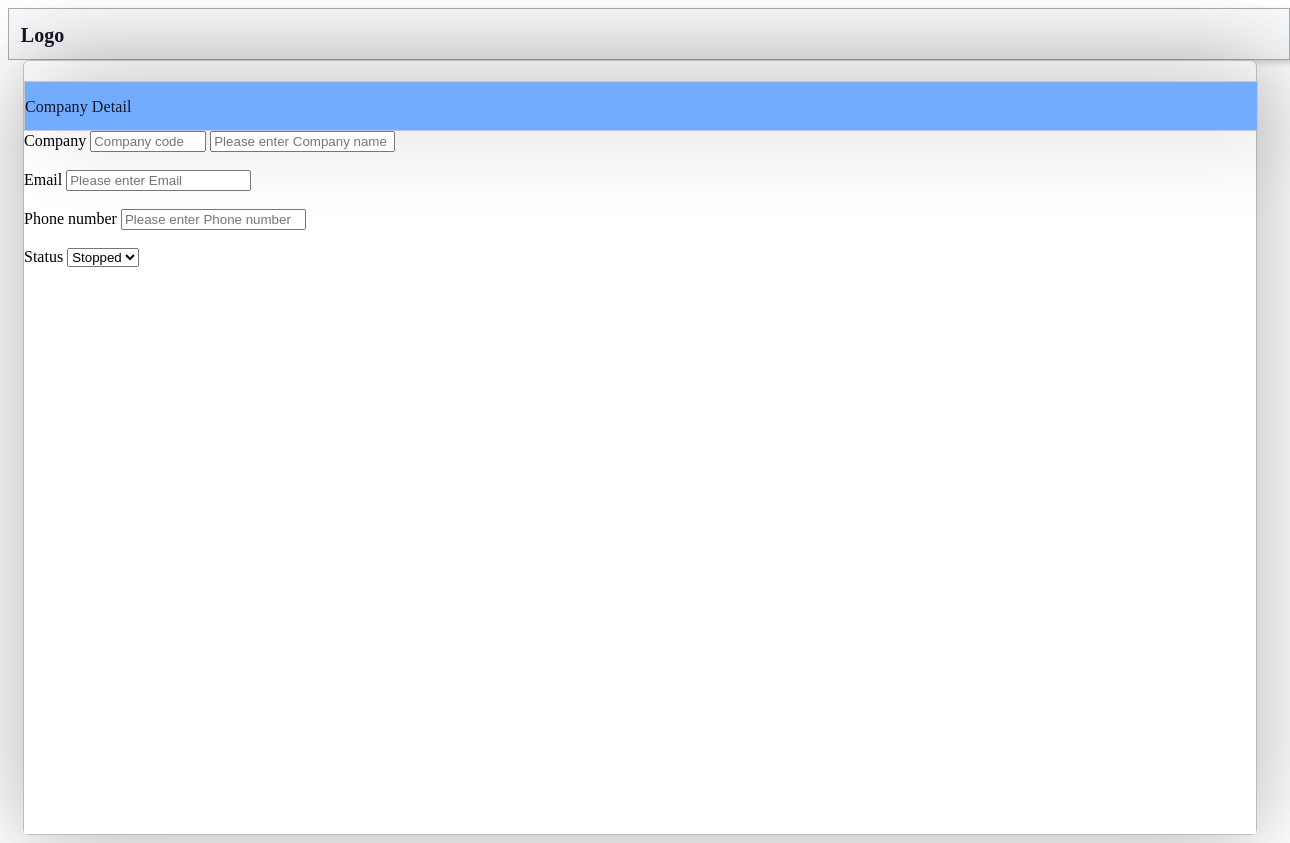
Repository: Zain1409/company
Page: client/html/CompanyDetail.html
An editor plug-in stored every save of this project. The page is shown before and after the next save, followed by the edit.
The browser window is 1280 px wide. The page is 1290 px wide, so the pictures cover 1290 px, including what lies to the right of the window. The pictures show the whole page.

Above is the page before, as saved 2021-04-04 16:35:11.

### client/html/CompanyDetail.html
<!DOCTYPE html>
<html lang="en">
<head>
    <meta charset="UTF-8">
    <meta http-equiv="X-UA-Compatible" content="IE=edge">
    <meta name="viewport" content="width=device-width, initial-scale=1.0">
    <link rel="stylesheet" href="./../css/CompanyDetail.css">
    <title>Company Detail</title>
</head>
<body>
    <div class="header">
        <p>Logo</p>
    </div>
    <div class="container">
        <div id="content">
            <div id="head">
                <p>Company Detail</p>
            </div>
            <form id="form">
                <label id="properties">Company</label> <input id="code" type="text" placeholder="Company code" style="width: 108px;"> <input id="name" type="text" placeholder="Please enter Company name">
                <br>
                <br>
                <label id="properties">Email</label> <input id="email" type="text" placeholder="Please enter Email" >
                <br>
                <br>
                <label id="properties">Phone number</label> <input id="phone_number" type="text" placeholder="Please enter Phone number" >
                <br>
                <br>
                <label id="properties">Status</label> <select name="" id="form_select">
                    <option value="stopped">Stopped</option>
                    <option value="working">Working</option>
                    <option value="pending">Pending</option>
                    </select>
                </select>
            </form>
        </div>
    </div>
</body>
</html>

### client/css/CompanyDetail.css
.header{
    width: 1280px;
    height: 50px;
    background: #F6F8F9 0% 0% no-repeat padding-box;
    box-shadow: 30px 3px 6px #00000029;
    border: 0.5px solid #ACABAB;
    opacity: 1;
    margin: auto;

}
.header p{
    width: 67px;
    height: 39px;
    text-align: left;
    font-weight: bold;
    font-size: 20px;
    color: #131523;
    opacity: 1;
    text-align: center;
    padding-top: 15px;
    margin: 0;
}
.container{
    width: 1232px;
    height: 624px;
    background: #FFFFFF 0% 0% no-repeat padding-box;
    box-shadow: 0px 3px 90px #00000029;
    border: 0.5px solid #C8C8C8;
    border-radius: 6px;
    opacity: 1;
    padding-top: 20px;
    margin: auto;
}
.container{
    margin: auto;
    width: 1232px;
    height: auto;
    padding-top: 20px;
}

#content{
    clear: both;
    width: 1232px;
    height: 753px;
    background: #FFFFFF 0% 0% no-repeat padding-box;
    box-shadow: 0px 3px 90px #00000029;
    opacity: 1;
}
#head{
    width: 1232px;
    height: 48px;
    background: #72ACFF 0% 0% no-repeat padding-box;
    box-shadow: 30px 3px 90px #00000029;
    border: 0.5px solid #C8C8C8;
    opacity: 1;
}
#head p{
    text-align: left;
    font: normal normal medium 20px/30px Poppins;
    letter-spacing: 0.08px;
    color: #131523;
    opacit

After the next save:
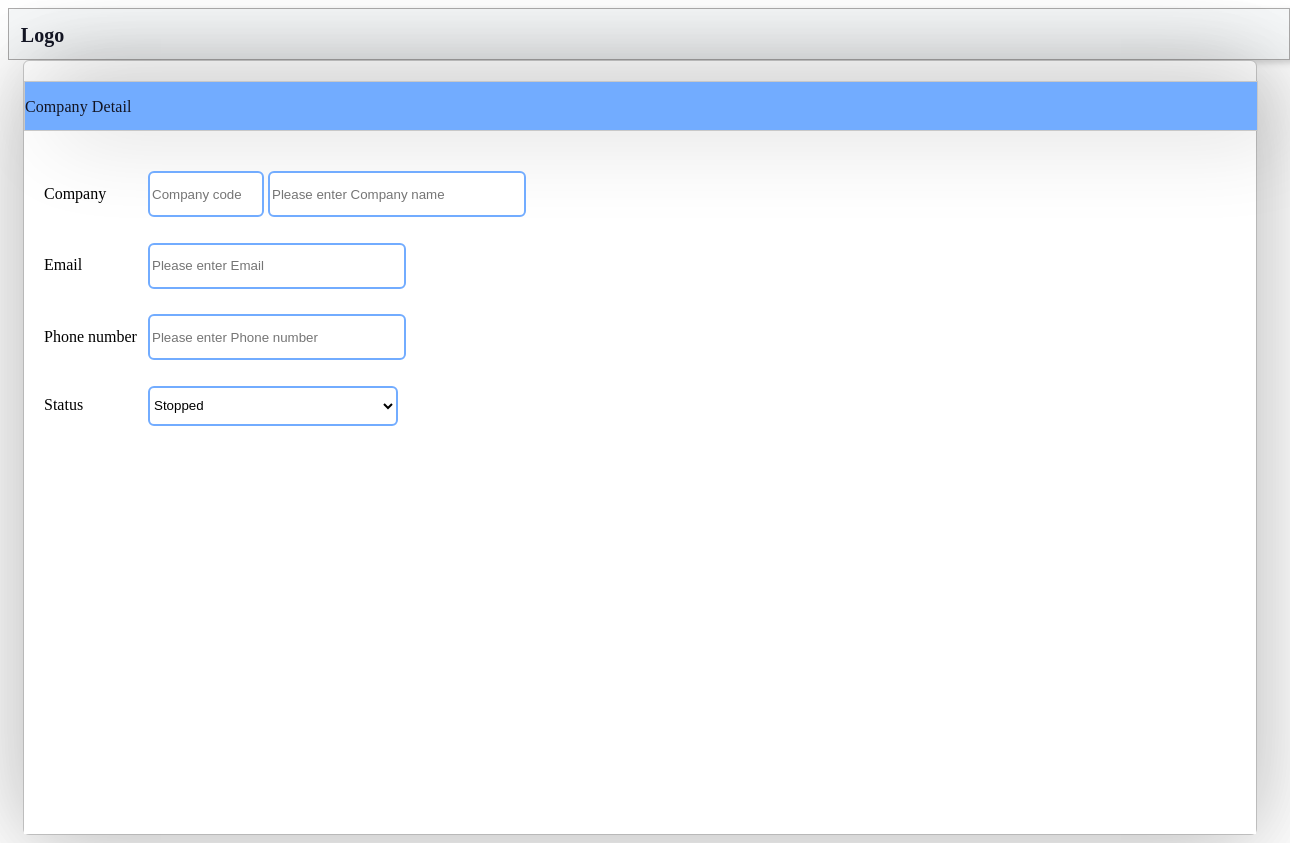
Saved 41 s later.
--- a/client/css/CompanyDetail.css
+++ b/client/css/CompanyDetail.css
@@ -59,4 +59,36 @@
     font: normal normal medium 20px/30px Poppins;
     letter-spacing: 0.08px;
     color: #131523;
-    opacit
+    opacity: 1;
+}
+#form{
+    width: 600px;
+    float: left;
+    height: 280px;
+    margin: 20px;
+    padding-top: 20px;
+
+}
+#form input{
+    width: 250px;
+    height: 40px;
+    background: #FFFFFF 0% 0% no-repeat padding-box;
+    border: 2px solid #72ACFF;
+    border-radius: 6px;
+    opacity: 1;
+}
+#form_select{
+    clear: both;
+    width: 250px;
+    height: 40px;
+    background: #FFFFFF 0% 0% no-repeat padding-box;
+    border: 2px solid #72ACFF;
+    border-radius: 6px;
+    opacity: 1;
+}
+#properties{
+    width: 100px;
+    height: 40px;
+    opacity: 1;
+    display: inline-block;
+}
